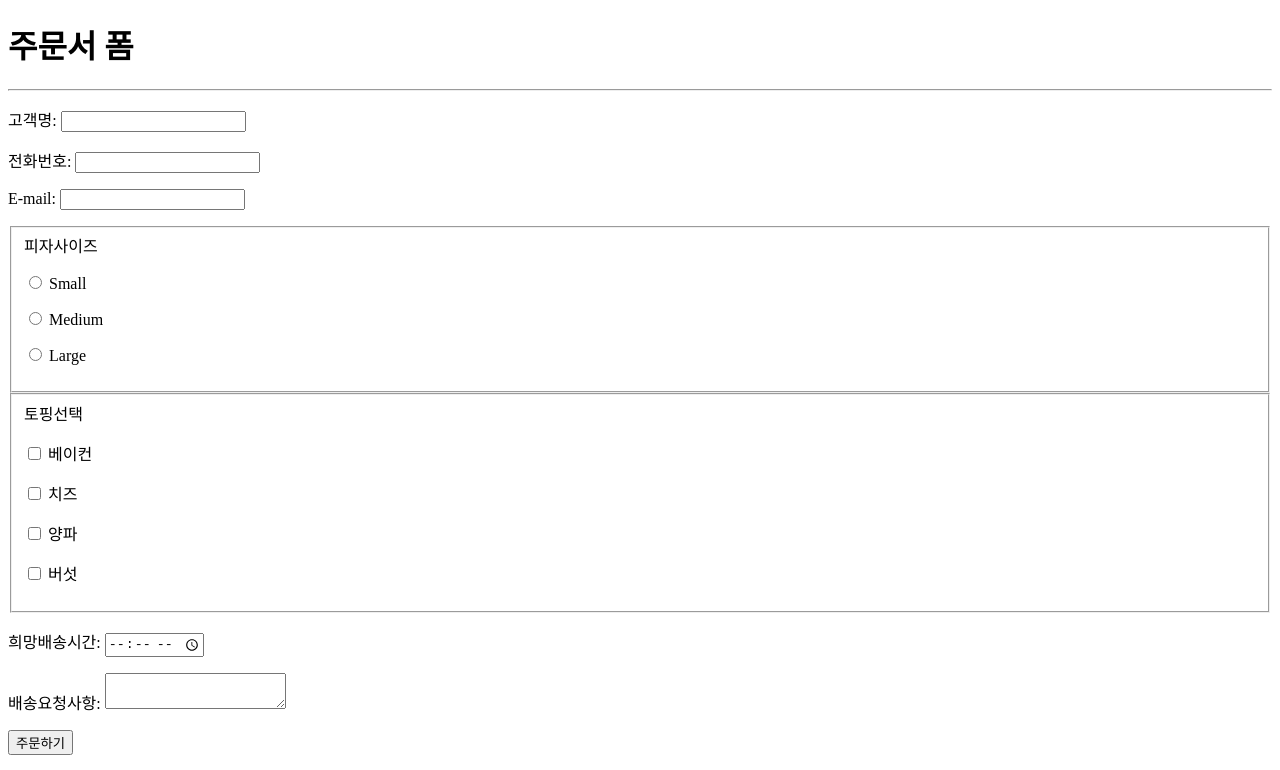
Repository: bianchi112/ict-data
Page: web_workspace/testHTMLProject2/src/main/webapp/views/practice/orderform.html
The author's editor kept a copy of each file at every save. The page is drawn from the files as they stood at one save, then again after the next save.
The browser window is 1280 px wide. The pictures show the whole page.

Above is the page before, as saved 2024-08-16 03:58:28.

### web_workspace/testHTMLProject2/src/main/webapp/views/practice/orderform.html
<!DOCTYPE html>
<html>
<head>
<meta charset="UTF-8">
<title>orderform</title>
</head>
<body>
	<header>
		<h1>주문서 폼</h1>
	</header>
	<hr>
	<form action="">
		<p><label>고객명: <input type="text" name="cname"></label></p>
		<p><label>전화번호: <input type="tel" name="cphone"></label> </p>
		<p><label>E-mail: <input type="email" name="cemail"></label></p>

		<fieldset>
			<lagend>피자사이즈</lagend>
			<p><label><input type="radio" name="size" value="s"> Small </label> </p>
			<p><label><input type="radio" name="size" value="m"> Medium </label> </p>
			<p><label><input type="radio" name="size" value="l"> Large</label> </p>
		</fieldset>
		<fieldset>
		 <lagend>토핑선택 </lagend>
			<p><label><input type="checkbox" name="topping" value="bacon"> 베이컨 </label> </p>
			<p><label><input type="checkbox" name="topping" value="cheese"> 치즈 </label> </p>
			<p><label><input type="checkbox" name="topping" value="onion"> 양파 </label> </p>
			<p><label><input type="checkbox" name="topping" value="mushroom"> 버섯 </label> </p>
		</fieldset>

		<p><label>희망배송시간: <input type="time" min="10:00" max="22:00" step="900"> </label> </p>
		<p><label>배송요청사항: <textarea name="comments" maxlength="1000"></textarea></label> </p>

		<p><input type="submit" value="주문하기"></p>
	</form>
</body>
</html>

After the next save:
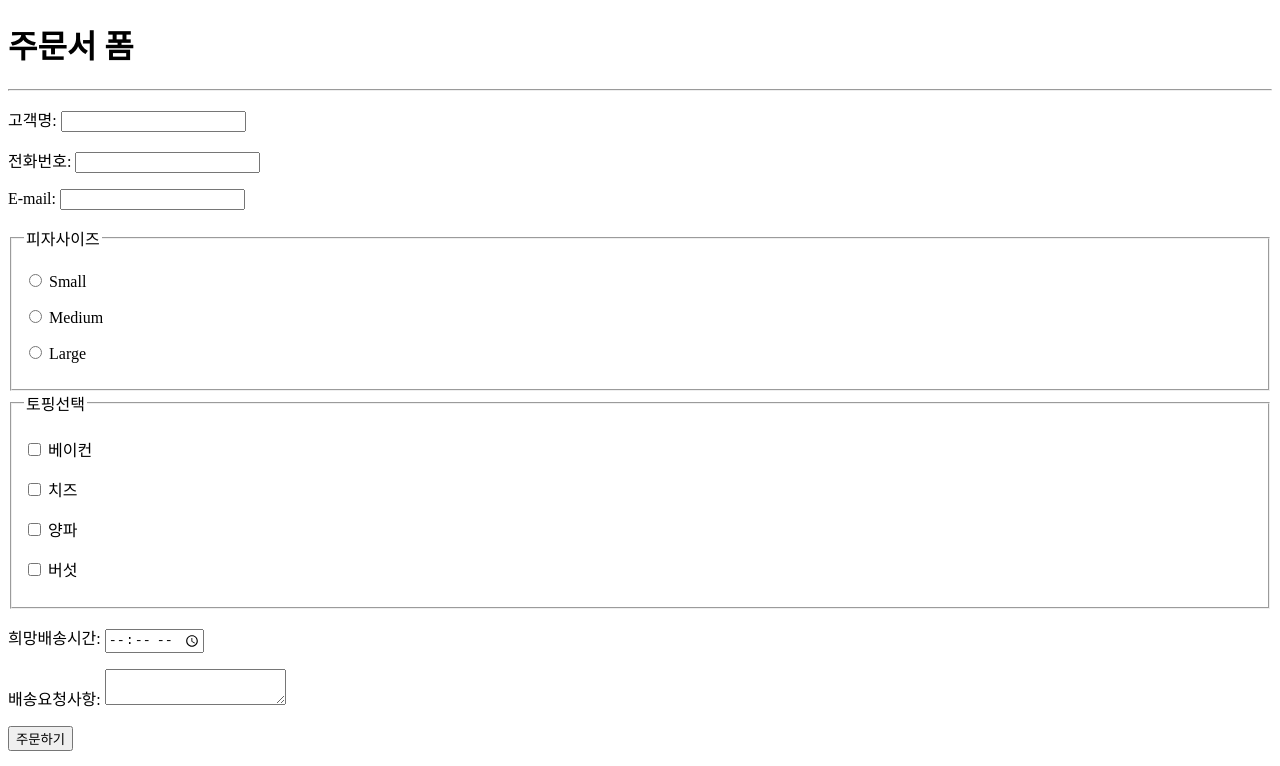
Saved 20 s later.
--- a/web_workspace/testHTMLProject2/src/main/webapp/views/practice/orderform.html
+++ b/web_workspace/testHTMLProject2/src/main/webapp/views/practice/orderform.html
@@ -15,13 +15,13 @@
 		<p><label>E-mail: <input type="email" name="cemail"></label></p>
 
 		<fieldset>
-			<lagend>피자사이즈</lagend>
+			<legend>피자사이즈</legend>
 			<p><label><input type="radio" name="size" value="s"> Small </label> </p>
 			<p><label><input type="radio" name="size" value="m"> Medium </label> </p>
 			<p><label><input type="radio" name="size" value="l"> Large</label> </p>
 		</fieldset>
 		<fieldset>
-		 <lagend>토핑선택 </lagend>
+		 <legend>토핑선택 </legend>
 			<p><label><input type="checkbox" name="topping" value="bacon"> 베이컨 </label> </p>
 			<p><label><input type="checkbox" name="topping" value="cheese"> 치즈 </label> </p>
 			<p><label><input type="checkbox" name="topping" value="onion"> 양파 </label> </p>
